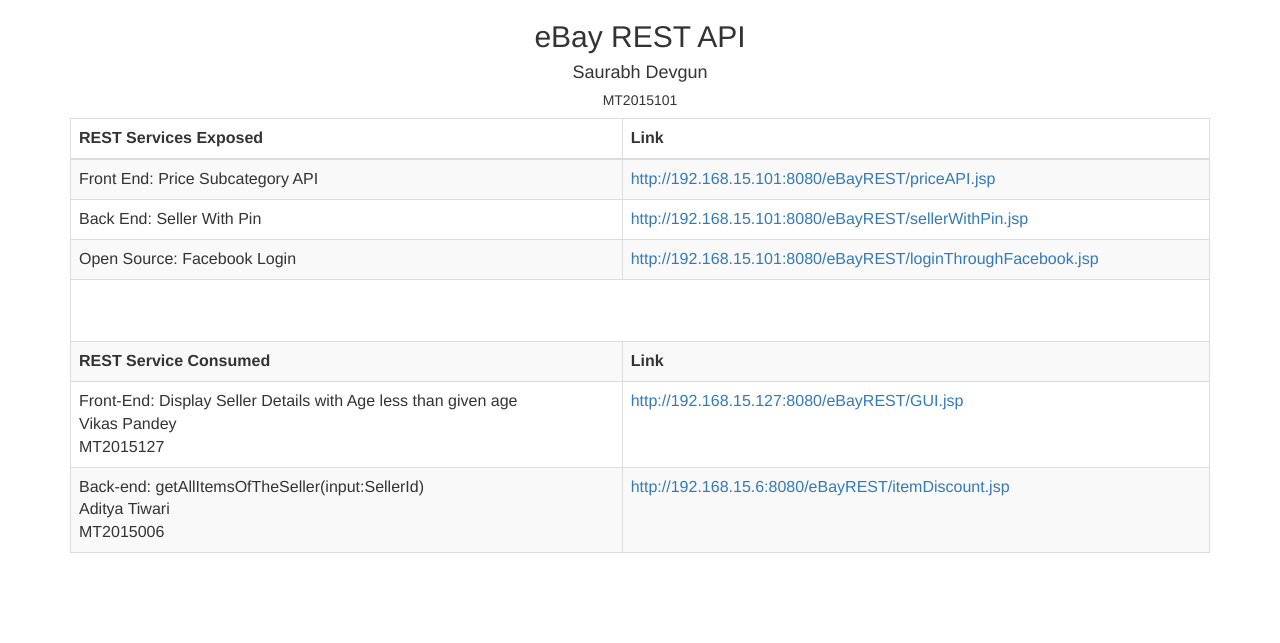
Repository: saurabh-devgun-iiitb/RESTProject
Page: http://localhost/eBayREST/
The author's editor kept a copy of each file at every save. The page is drawn from the files as they stood at one save, then again after the next save.
The browser window is 1280 px wide. The pictures show the whole page.
The page is served by Tomcat 9.

Above is the page before, as saved 2016-07-23 06:24:58.

After the next save:
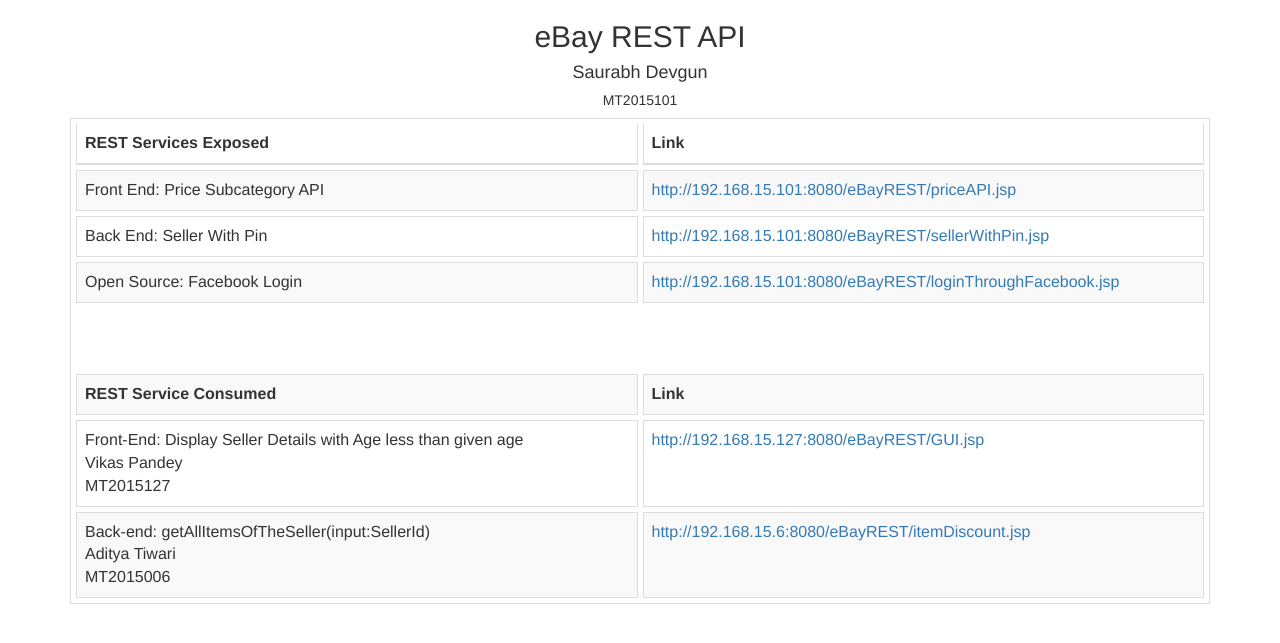
Saved 2 min 11 s later.
--- a/eBayREST/WebContent/index.jsp
+++ b/eBayREST/WebContent/index.jsp
@@ -4,6 +4,14 @@
   <link rel="stylesheet" href="http://maxcdn.bootstrapcdn.com/bootstrap/3.3.6/css/bootstrap.min.css">
   <script src="https://ajax.googleapis.com/ajax/libs/jquery/1.12.4/jquery.min.js"></script>
   <script src="http://maxcdn.bootstrapcdn.com/bootstrap/3.3.6/js/bootstrap.min.js"></script>
+  <style>
+  	table{
+  		border-spacing:7px;
+  		border-collapse:separate;
+  		table-layout:fixed;
+  		width:100px;
+  	}
+  </style>
 </head>
 <body>
 	<div align="center">
